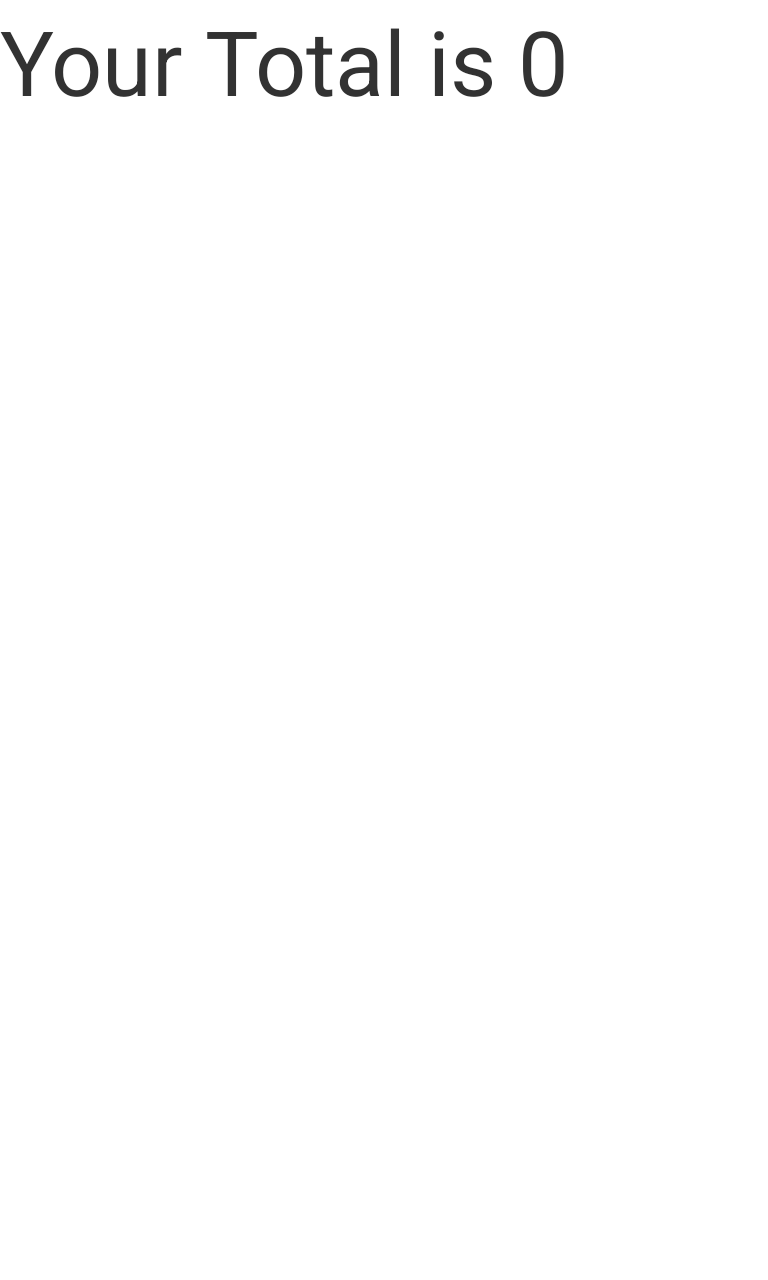
Repository: INBASD/Solar-Power-Project
Layout: Solar power calculator android/res/layout/activity_main.xml
The author's editor kept a copy of each file at every save. The layout is drawn from the files as they stood at one save, then again after the next save.
It is drawn on a 768 x 1280 px phone screen (xhdpi) without system bars, with theme AppTheme; the app's code is not run.

Above is the layout before, as saved 2012-08-27 03:26:27.

### Solar power calculator android/res/layout/activity_main.xml
<?xml version="1.0" encoding="utf-8"?>
<LinearLayout xmlns:android="http://schemas.android.com/apk/res/android"
    xmlns:tools="http://schemas.android.com/tools"
    android:orientation="vertical"
    android:layout_width="fill_parent"
    android:layout_height="fill_parent" >

    <TextView
        android:layout_width="fill_parent"
        android:layout_height="wrap_content"
        android:text="@string/total"
        android:textSize="45dp"
        android:layout_gravity="center" />


</LinearLayout>

### Solar power calculator android/res/values/strings.xml
<resources>

    <string name="app_name">Solar power calculator android</string>
    <string name="hello_world">Hello world!</string>
    <string name="menu_settings">Settings</string>
    <string name="title_activity_main">MainActivity</string>
    <string name="total">Your Total is 0</string>

</resources>

Loaded but not shown: Solar power calculator android/res/values/styles.xml (common file)

After the next save:
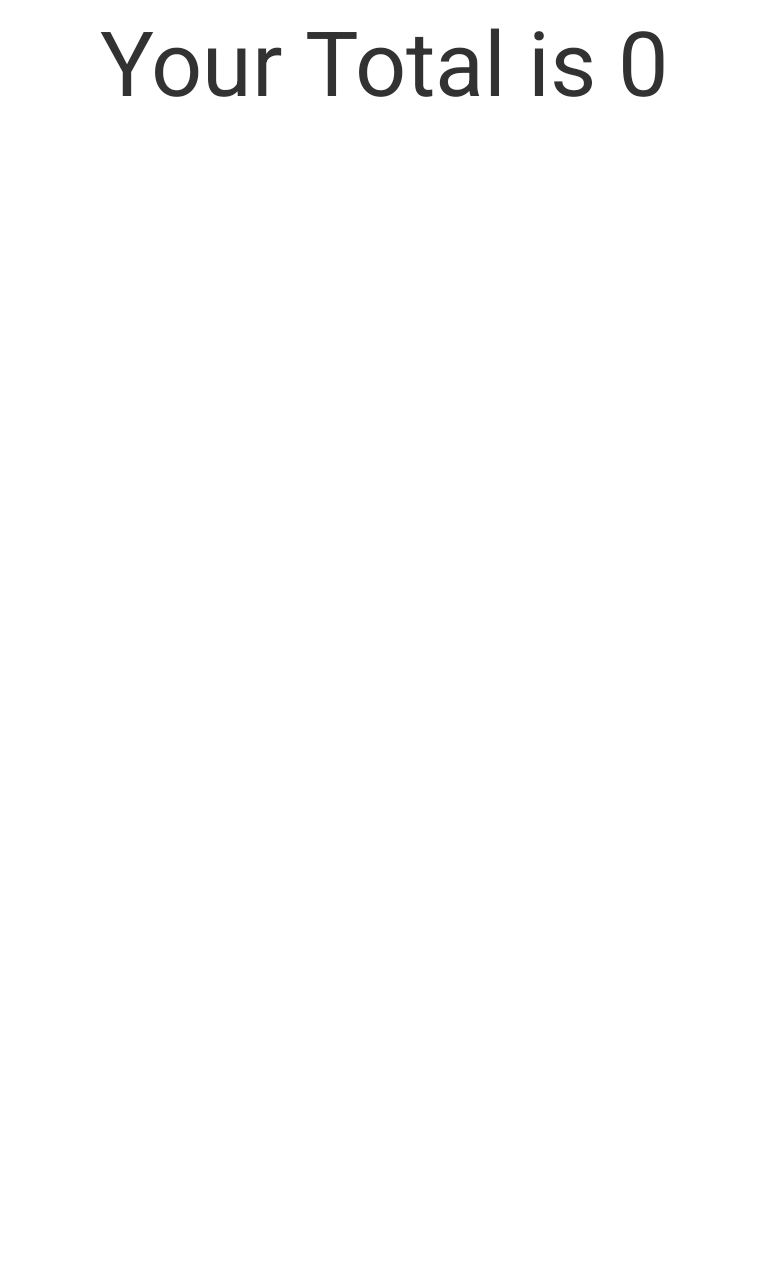
Saved 48 s later.
--- a/Solar power calculator android/res/layout/activity_main.xml
+++ b/Solar power calculator android/res/layout/activity_main.xml
@@ -10,7 +10,8 @@
         android:layout_height="wrap_content"
         android:text="@string/total"
         android:textSize="45dp"
-        android:layout_gravity="center" />
+        android:layout_gravity="center"
+        android:gravity="center" />
 
 
 </LinearLayout>
